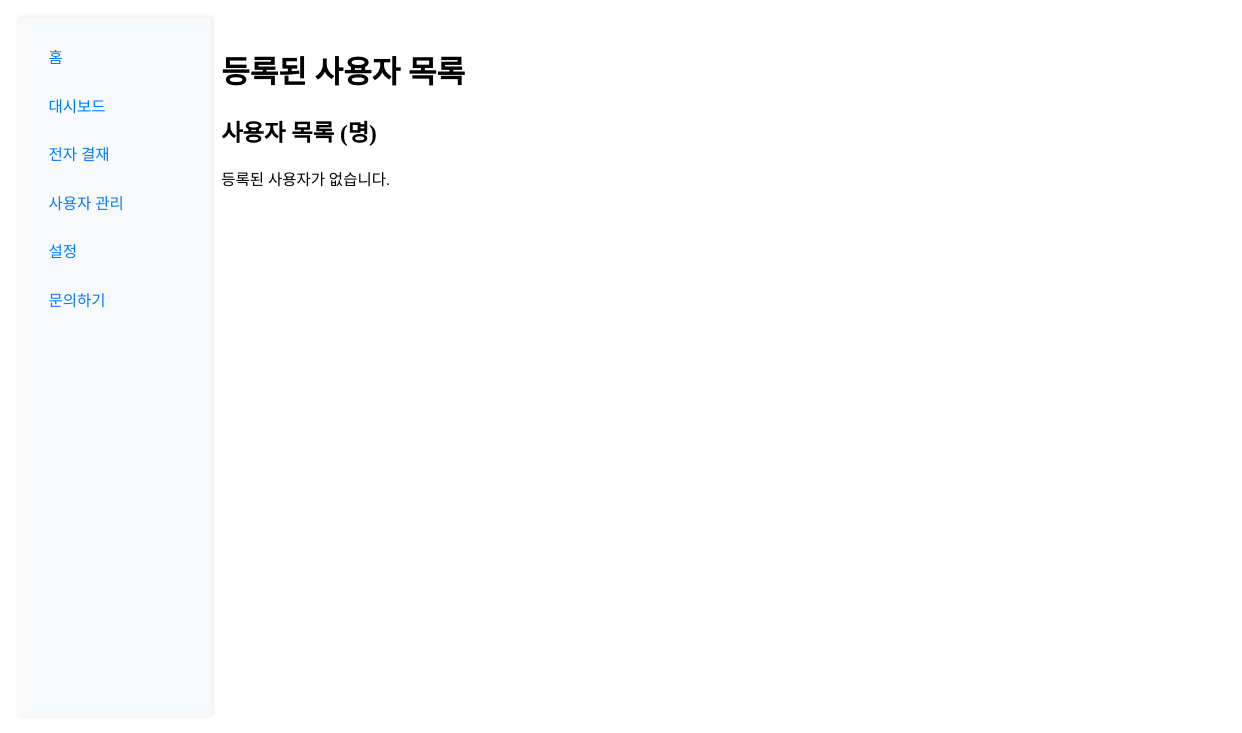
Repository: devgolol/Flow
Page: http://localhost/coretime/WEB-INF/views/users.jsp
An editor plug-in stored every save of this project. The page is shown before and after the next save, followed by the edit.
The browser window is 1280 px wide. The pictures show the whole page, at 97% of full size.
The page is served by Tomcat 9. Nobody is signed in. Other server files are loaded and not shown. The template is opened directly, without the code that normally fills it, so the values that code supplies are empty.

Above is the page before, as saved 2025-07-02 07:39:15.
Console error: TypeError: Cannot read properties of null (reading 'addEventListener')

### coretime/src/main/webapp/WEB-INF/views/users.jsp
<%@ page language="java" contentType="text/html; charset=UTF-8"
	pageEncoding="UTF-8"%>

<%@ taglib uri="http://java.sun.com/jsp/jstl/core" prefix="c"%>
<!DOCTYPE html>
<html>
<head>
<meta charset="UTF-8">
<meta name="_csrf_token" content="${_csrf.token}"/>
<meta name="_csrf_header" content="${_csrf.headerName}"/>
<title>Insert title here</title>

<style>
table {
	width: 100%;
	border-collapse: collapse;
	margin-top: 20px;
}

th, td {
	border: 1px solid #ddd;
	padding: 8px;
	text-align: left;
}

th {
	background-color: #f2f2f2;
}

.container {
	display: flex;
	background-color: "white";
}

#nav {
	width: 200px; /* 내비게이션 너비 설정 (원하는 대로 조절) */
	/* background-color: #f0f0f0; /* 내비게이션 구분용 배경색 (선택 사항) */
	padding: 10px;
	box-sizing: border-box; /* 패딩이 너비에 포함되도록 */
}

.main-content { /* 메인 콘텐츠 div의 클래스 */
	flex-grow: 1; /* 남은 공간을 모두 차지하도록 확장 */
	padding: 20px; /* 메인 콘텐츠 여백 추가 */
	box-sizing: border-box;
}
</style>

</head>
<body>
	<div class="container">
		<div id="nav">
			<%@ include file="leftNav.jsp"%>
		</div>

		<div class="main-content">
			<h1>등록된 사용자 목록</h1>
			<h2>사용자 목록 (${pageInfo.total}명)</h2>


			<c:if test="${empty userList}">
				<p>등록된 사용자가 없습니다.</p>
			</c:if>

			<c:if test="${not empty userList}">
			<div>
			<button onclick="location.href='/users/new'">신규 유저 생성</button>
			<button id= "deleteSelectedUsersBtn">유저 삭제</button>
			</div>
				<table>
					<thead>
						<tr>
							<th><input type="checkbox" id="selectAllUsers"></th>
							<th>이름</th>
							<th>아이디</th>
							<th>이메일</th>
							<th>전화번호</th>
							<th>직위</th>
							<th>부서</th>
							<th>생년월일</th>
							<th>생성일</th>
							<th>수정일</th>
							<th>역할</th>
						</tr>
					</thead>
					<tbody>
						<c:forEach var="user" items="${userList}">
							<tr>
								<td><input type="checkbox" name="selectedUsers" value="${user.id}"></td>
								<td>${user.name}</td>
								<td>${user.id}</td>
								<td>${user.email}</td>
								<td>${user.tel}</td>
								<td>${user.rank}</td>
								<td>${user.department}</td>
								<td>${user.birth}</td>
								<td>${user.createdAt}</td>
								<td>${user.updatedAt}</td>
								<td>${user.role}</td>
							</tr>
						</c:forEach>
					</tbody>
				</table>
				<div class="pagination">
                <c:if test="${pageInfo.hasPreviousPage}"> <%-- PageInfo의 hasPreviousPage 사용 --%>
                    <a href="/users?page=${pageInfo.prePage}&size=${pageInfo.pageSize}">이전</a>
                </c:if>
                <c:if test="${!pageInfo.hasPreviousPage}">
                    <span class="disabled">이전</span>
                </c:if>

                <c:forEach var="pageNum" items="${pageInfo.navigatepageNums}"> <%-- PageInfo의 navigatepageNums 사용 --%>
                    <c:choose>
                        <c:when test="${pageNum eq pageInfo.pageNum}"> <%-- 현재 페이지 번호는 pageInfo.pageNum --%>
                            <a href="/users?page=${pageNum}&size=${pageInfo.pageSize}" class="active">${pageNum}</a>
                        </c:when>
                        <c:otherwise>
                            <a href="/users?page=${pageNum}&size=${pageInfo.pageSize}">${pageNum}</a>
                        </c:otherwise>
                    </c:choose>
                </c:forEach>

                <c:if test="${pageInfo.hasNextPage}"> <%-- PageInfo의 hasNextPage 사용 --%>
                    <a href="/users?page=${pageInfo.nextPage}&size=${pageInfo.pageSize}">다음</a>
                </c:if>
                <c:if test="${!pageInfo.hasNextPage}">
                    <span class="disabled">다음</span>
                </c:if>
            </div>
			</c:if>
		</div>
	</div>
	<script>
	const csrfToken = document.querySelector('meta[name="_csrf_token"]').content;
    const csrfHeader = document.querySelector('meta[name="_csrf_header"]').content;
        document.getElementById('selectAllUsers').addEventListener('change', function() {
            const checkboxes = document.querySelectorAll('input[name="selectedUsers"]');
            checkboxes.forEach(checkbox => {
                checkbox.checked = this.checked;
            });
        });

        document.getElementById('deleteSelectedUsersBtn').addEventListener('click', function(){
		console.log("csrfHeader:", csrfHeader);
			const selectedIds= [];
			const checkboxes= document.querySelectorAll('input[name="selectedUsers"]');
			checkboxes.forEach(checkbox=>{
				selectedIds.push(checkbox.value);
			})
			//console.log(selectedIds);
			fetch('/users/delete', {
				method: 'POST',
				headers: {
	                'Content-Type': 'application/json',
	                //[csrfHeader]: csrfToken
	            },
				body: JSON.stringify({ ids: selectedIds})
			})
			.then(response => {
	            if (response.ok) {
	                alert('선택된 유저가 성공적으로 삭제되었습니다.');
	                location.reload(); // 페이지 새로고침하여 목록 업데이트
	            } else {
	                return response.json().then(errorData => {
	                    alert('유저 삭제 중 오류가 발생했습니다: ' + (errorData.message || '알 수 없는 오류'));
	                }).catch(() => {
	                    alert('유저 삭제 중 오류가 발생했습니다. 서버 응답을 확인하세요.');
	                });
	            }
	        })
	        .catch(error => {
	            console.error('삭제 요청 중 오류:', error);
	            alert('서버와 통신 중 오류가 발생했습니다.');
	        });
		});
    </script>
</body>
</html>

### coretime/src/main/webapp/WEB-INF/views/leftNav.jsp
<%@ page language="java" contentType="text/html; charset=UTF-8"
	pageEncoding="UTF-8"%>
<!DOCTYPE html>
<html>
<head>
<meta charset="UTF-8">
<title>Insert title here</title>
<style>
    .left-nav {
        width: 200px;
        background-color: #f8f9fa;
        padding: 20px;
        box-shadow: 2px 0 5px rgba(0,0,0,0.1);
        min-height: 100vh;
        box-sizing: border-box;
    }
    .left-nav ul {
        list-style: none; /* 목록 마커 제거 */
        padding: 0;
        margin: 0;
    }
    .left-nav li {
        margin-bottom: 10px;
    }
    .left-nav a {
        text-decoration: none; /* 밑줄 제거 */
        color: #007bff; /* 링크 색상 */
        font-weight: 500; /* 폰트 두께 */
        display: block; /* 링크 전체 영역 클릭 가능 */
        padding: 8px 12px;
        border-radius: 4px; /* 모서리 둥글게 */
        transition: background-color 0.2s ease, color 0.2s ease; /* 호버 효과 부드럽게 */
    }
    .left-nav a:hover {
        background-color: #e9ecef; /* 호버 시 배경색 */
        color: #0056b3; /* 호버 시 글자색 */
    }
    .left-nav a.active { /* 현재 페이지 링크 스타일 */
        background-color: #007bff;
        color: white;
        font-weight: bold;
    }
</style>

</head>
<body>
	<nav class="left-nav">
		<ul>
            <li><a href="/" class="${pageContext.request.requestURI eq '/WEB-INF/views/home.jsp' ? 'active' : ''}">홈</a></li>
            <li><a href="dashboard.jsp" class="${pageContext.request.requestURI eq '/YourWebAppName/dashboard.jsp' ? 'active' : ''}">대시보드</a></li>
            <li><a href="/elecApproval" class="${pageContext.request.requestURI eq '/WEB-INF/views/elecApproval.jsp' ? 'active' : ''}">전자 결재</a></li>
            <li><a href="/users" class="${pageContext.request.requestURI eq '/WEB-INF/views/users.jsp' ? 'active' : ''}">사용자 관리</a></li>
            <li><a href="settings.jsp" class="${pageContext.request.requestURI eq '/YourWebAppName/settings.jsp' ? 'active' : ''}">설정</a></li>
            <li><a href="contact.jsp" class="${pageContext.request.requestURI eq '/YourWebAppName/contact.jsp' ? 'active' : ''}">문의하기</a></li>
        </ul>
	</nav>
</body>
</html>

After the next save:
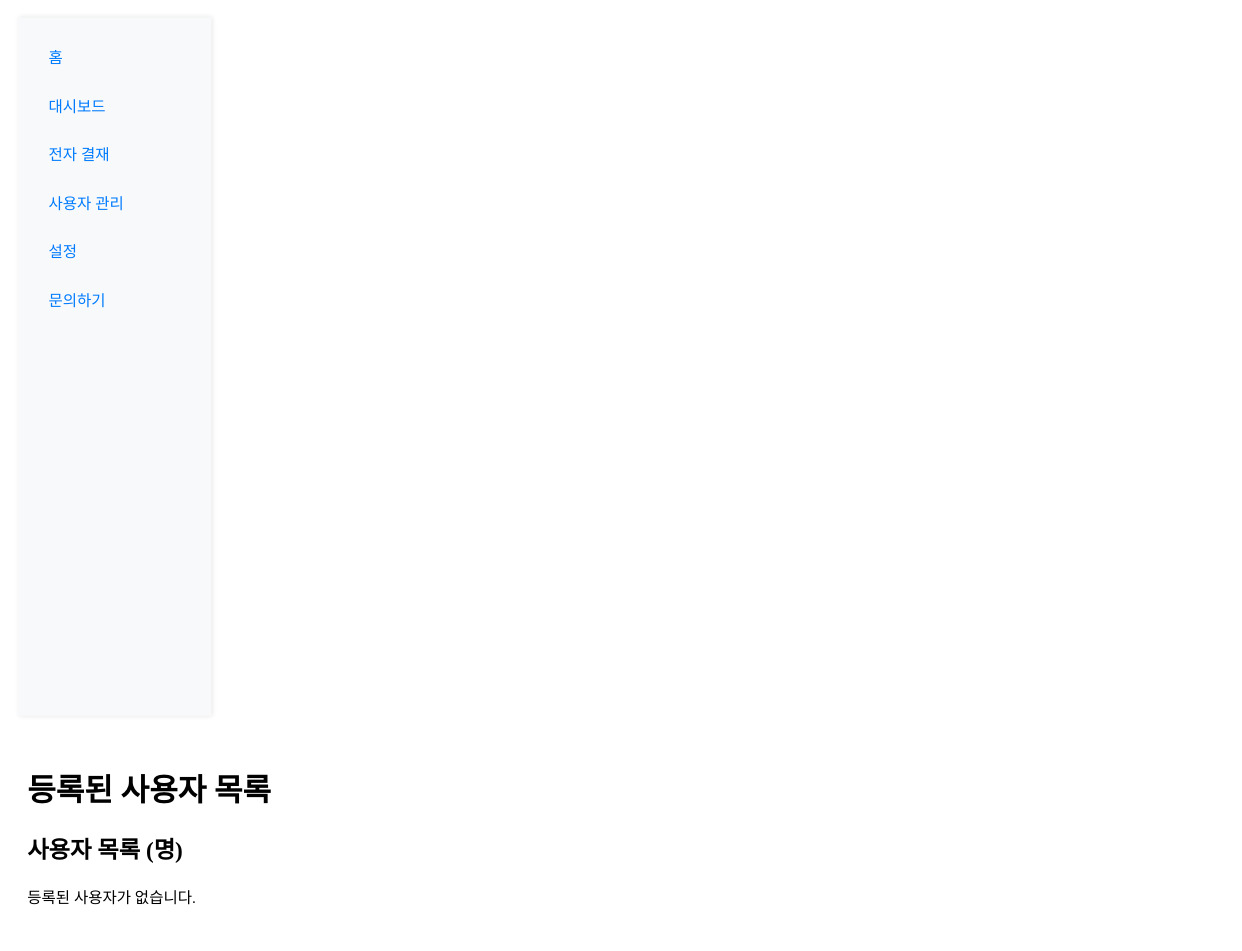
Saved 27 min 46 s later.
--- a/coretime/src/main/webapp/WEB-INF/views/users.jsp
+++ b/coretime/src/main/webapp/WEB-INF/views/users.jsp
@@ -27,9 +27,13 @@
 	background-color: #f2f2f2;
 }
 
-.container {
+/* .container {
 	display: flex;
 	background-color: "white";
+} */
+
+body{
+	display: flex;
 }
 
 #nav {

After the 2 saves that followed:
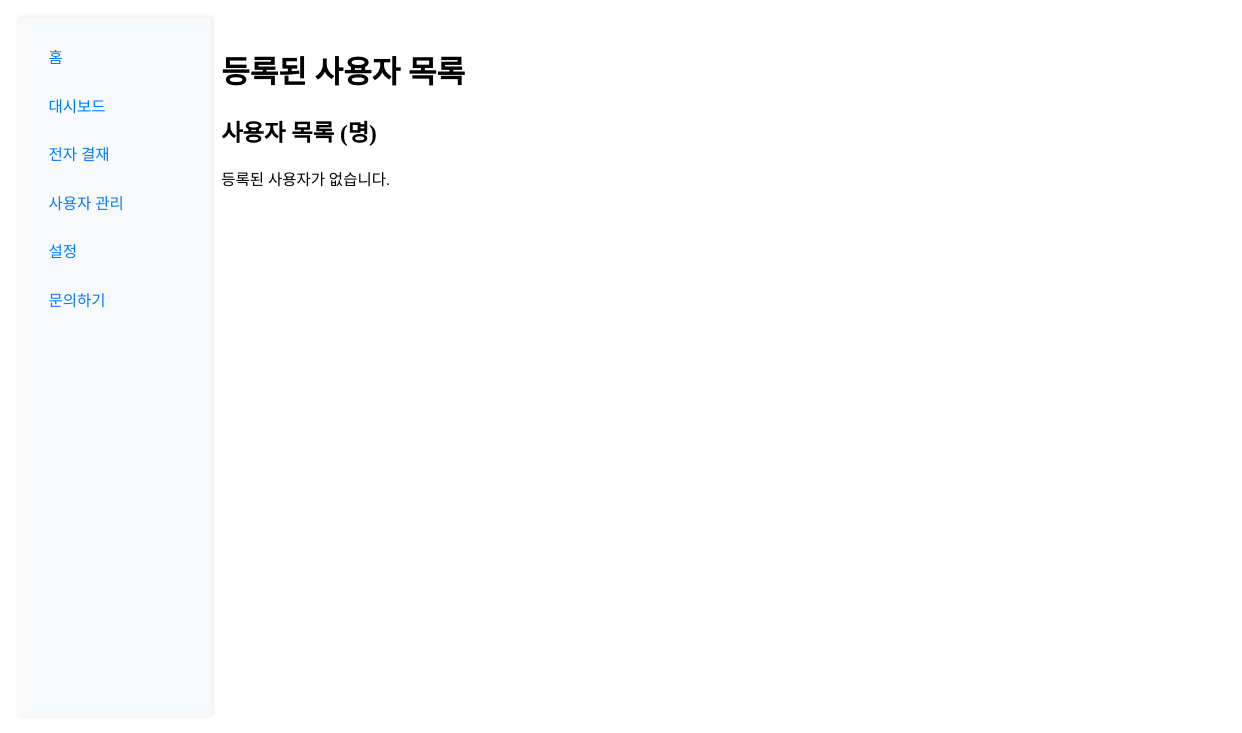
The 2 saves are shown as one change because 1 left the picture as it was.
The last was saved 53 s later.
--- a/coretime/src/main/webapp/WEB-INF/views/users.jsp
+++ b/coretime/src/main/webapp/WEB-INF/views/users.jsp
@@ -27,13 +27,9 @@
 	background-color: #f2f2f2;
 }
 
-/* .container {
+.container {
 	display: flex;
 	background-color: "white";
-} */
-
-body{
-	display: flex;
 }
 
 #nav {
